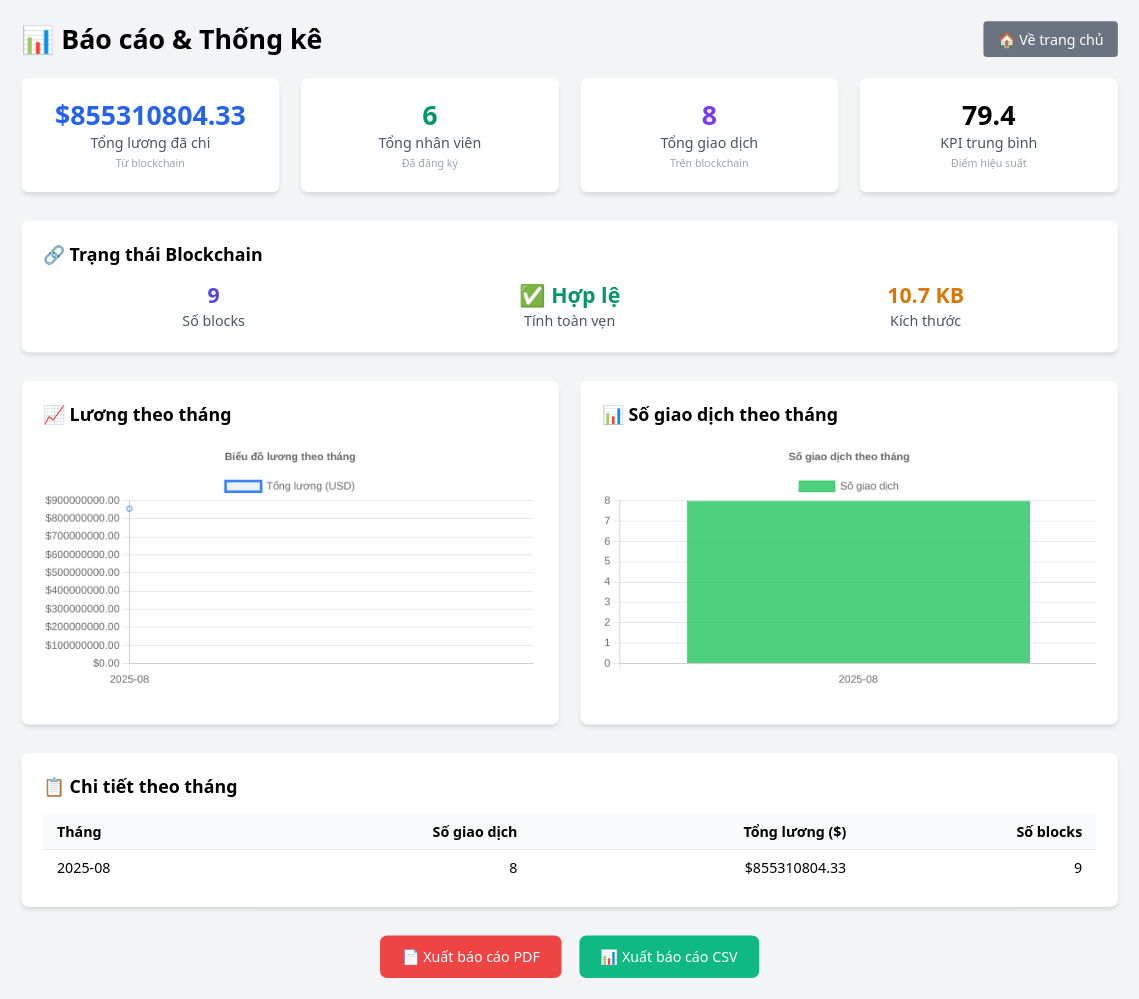
Repository: BadBoy-Cool/Blockchain
Page: http://localhost/reports
These files come from the project's save history. The page is drawn as it stood at one moment and after the next save; the edit follows.
The browser window is 1280 px wide. The pictures show the whole page, at 89% of full size.
The page is served by the project's application, run on Flask 3 (app.py). The session is filled in as if someone had signed in: {"user_id": 1, "username": "testuser", "role": "admin", "employee_id": 1}. The page reads the database file committed with the project.

Above is the page before, as saved 2025-08-08 13:13:36.

After the next save:
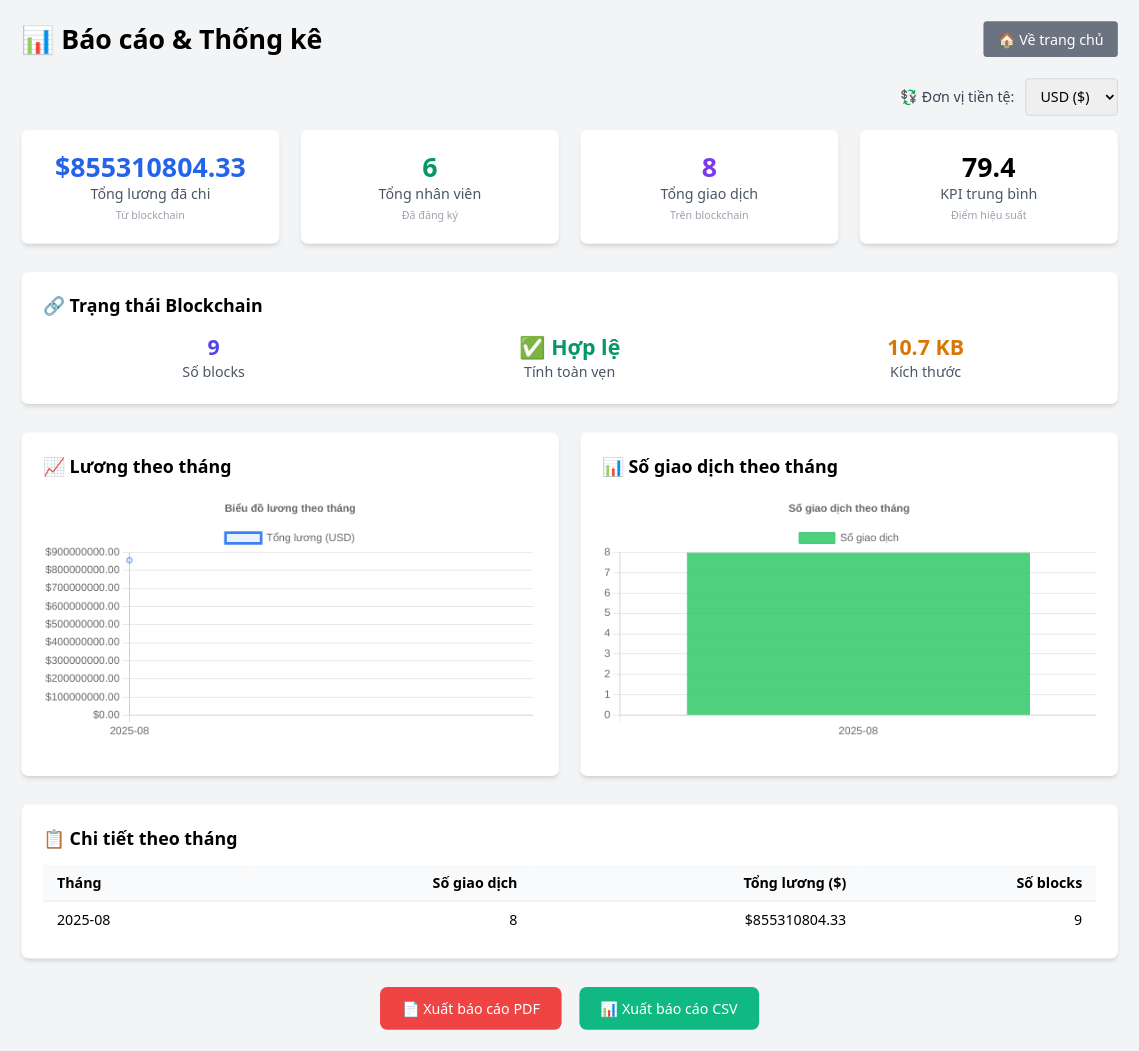
Saved 87 s later.
--- a/templates/reports.html
+++ b/templates/reports.html
@@ -12,6 +12,18 @@
         <div class="flex justify-between items-center mb-6">
             <h1 class="text-3xl font-bold">📊 Báo cáo & Thống kê</h1>
             <a href="/" class="bg-gray-500 text-white px-4 py-2 rounded hover:bg-gray-600">🏠 Về trang chủ</a>
+        </div>
+         <!-- Chọn đơn vị tiền tệ -->
+        <div class="text-right mb-4">
+            <form method="GET" action="{{ url_for('reports') }}">
+                <label for="currency" class="mr-2 font-medium text-gray-700">💱 Đơn vị tiền tệ:</label>
+                <select name="currency" id="currency" onchange="this.form.submit()" class="px-3 py-2 rounded border border-gray-300">
+                    <option value="USD" {% if currency == 'USD' %}selected{% endif %}>USD ($)</option>
+                    <option value="VND" {% if currency == 'VND' %}selected{% endif %}>VND (₫)</option>
+                    <option value="EUR" {% if currency == 'EUR' %}selected{% endif %}>EUR (€)</option>
+                    <option value="JPY" {% if currency == 'JPY' %}selected{% endif %}>JPY (¥)</option>
+                </select>
+            </form>
         </div>
 
         <!-- Statistics Cards -->
